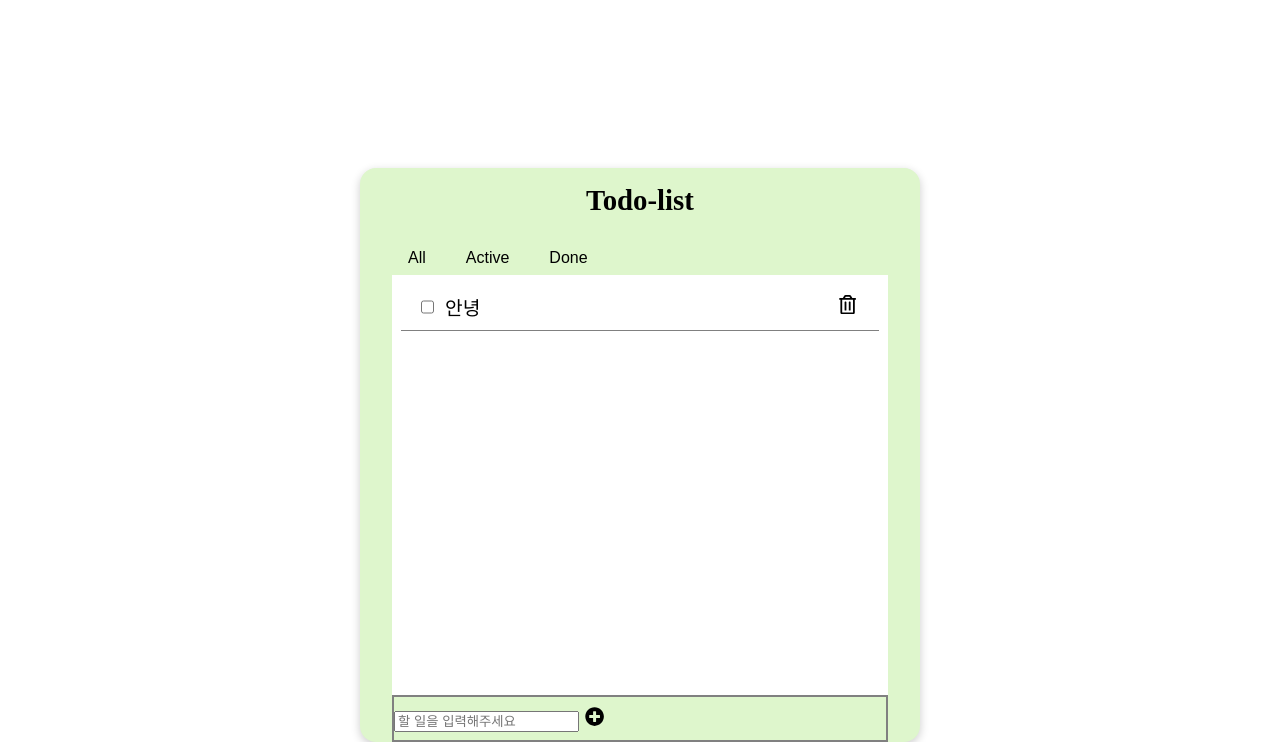
Repository: Yugayoung/todoList
Page: /
These files come from the project's save history. The page is drawn as it stood at one moment and after the next save; the edit follows.
The browser window is 1280 px wide. The pictures show the whole page.
Some web fonts or font styles are not loaded; a fallback is used. The project was rebuilt for these pictures with package versions that can differ from the ones it lists, and the page was loaded fresh each time. Also part of the build but not shown: src/App.css.

Above is the page before, as saved 2024-03-21 17:47:52.

### src/index.css
@font-face {
  font-family: 'IM_Hyemin-Bold';
  src: url('./fonts/IM_Hyemin-Regular.otf') format('opentype');
  font-weight: normal;
  font-style: normal;
}

body {
  margin: 0;
  font-family: 'IM_Hyemin-Bold';
  -webkit-font-smoothing: antialiased;
  -moz-osx-font-smoothing: grayscale;
  width: 100vw;
  height: 100vh;
  display: flex;
  justify-content: center;
  align-items: center;
  font-size: 1.2rem;
}

code {
  font-family: source-code-pro, Menlo, Monaco, Consolas, 'Courier New',
    monospace;
}
#root {
  width: 100%;
  height: 60%;
  max-width: 35rem;
}

### src/App.js
import './App.css';
import Todo from './pages/Todo';

function App() {
  return (
    <>
      <Todo />
    </>
  );
}

export default App;

### src/pages/todo.jsx
import React from 'react';
import styled from 'styled-components';
import { FaPlusCircle } from 'react-icons/fa';
import { FaRegTrashAlt } from 'react-icons/fa';

const Title = styled.h2`
  text-align: center;
  font-weight: bold;
  padding: 1rem 0rem 0rem 0rem;
`;

const TodoList = styled.section`
  background-color: #def6cc;
  border-radius: 1rem;
  box-shadow: 0 3px 10px rgb(0, 0, 0, 0.2);
  padding: 0rem 2rem;
`;

const TapBtn = styled.button`
  background-color: transparent;
  border: none;
  margin-right: 0.5rem;
  padding: 0.5rem 1rem;
  font-size: 1rem;
  &:hover {
    color: #fd6cfd;
  }
  &:active {
    background-color: white;
    border-radius: 1rem 1rem 0rem 0rem;
    font-weight: bold;
  }
`;

const TodoLi = styled.li`
  list-style: none;
  padding: 0rem 1rem 0.6rem 1rem;
  display: flex;
  justify-content: space-between;
  margin: 0.5rem;
  border-bottom: 1px solid gray;
`;
const Btn = styled.button`
  background-color: transparent;
  border: none;
  font-size: 1.2rem;
  padding-top: 2px;
  &:hover {
    color: red;
  }
`;
const Label = styled.label`
  flex: 1 1;
  margin: 0rem 0.5rem;
`;
const TodoUl = styled.ul`
  background-color: white;
  margin: 0rem;
  height: 400px;
  padding: 10px 1px;
  flex: 1 1 auto;
  overflow-y: auto;
`;
const InputForm = styled.form`
  background-color: transparent;
  border: 2px solid gray;
  padding: 0.5rem 0rem;
`;
const Input = styled.input``;

export default function Todo() {
  return (
    <>
      <TodoList>
        {/* 할일 state */}
        <Title>Todo-list</Title>
        <div>
          <TapBtn>All</TapBtn>
          <TapBtn>Active</TapBtn>
          <TapBtn>Done</TapBtn>
        </div>

        {/* addTodoList */}
        <TodoUl>
          <TodoLi>
            <input type='checkbox' />
            <Label htmlFor=''>안녕</Label>
            <Btn>
              <FaRegTrashAlt />
            </Btn>
          </TodoLi>
        </TodoUl>

        {/* 할일 입력 */}
        <InputForm>
          <Input type='text' placeholder='할 일을 입력해주세요' />
          <Btn>
            <FaPlusCircle />
          </Btn>
        </InputForm>
      </TodoList>
    </>
  );
}

Loaded but not shown: public/index.html (common file); src/index.js (common file); src/reportWebVitals.js (common file)

After the next save:
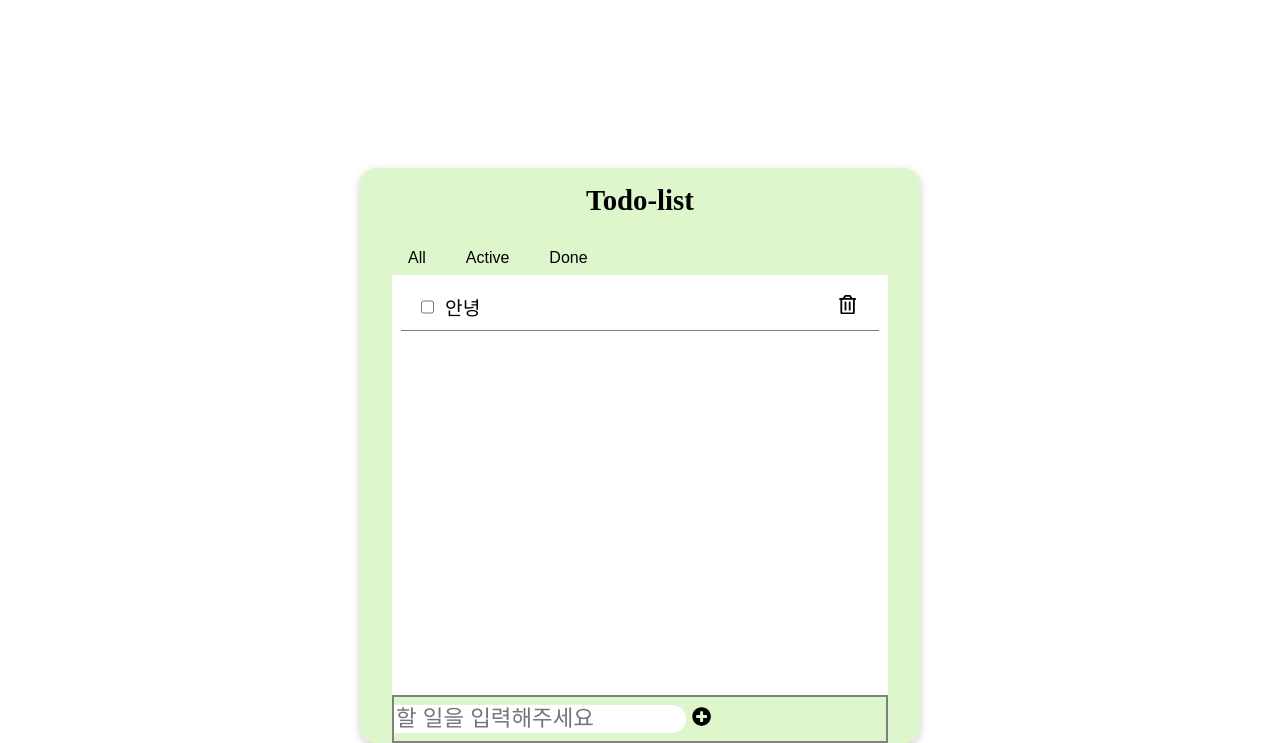
Saved 108 s later.
--- a/src/pages/todo.jsx
+++ b/src/pages/todo.jsx
@@ -66,7 +66,12 @@ const InputForm = styled.form`
   border: 2px solid gray;
   padding: 0.5rem 0rem;
 `;
-const Input = styled.input``;
+const Input = styled.input`
+  flex: 1 0 auto;
+  font-size: 1.4rem;
+  border: none;
+  border-radius: 0rem 1rem 1rem 0rem;
+`;
 
 export default function Todo() {
   return (
